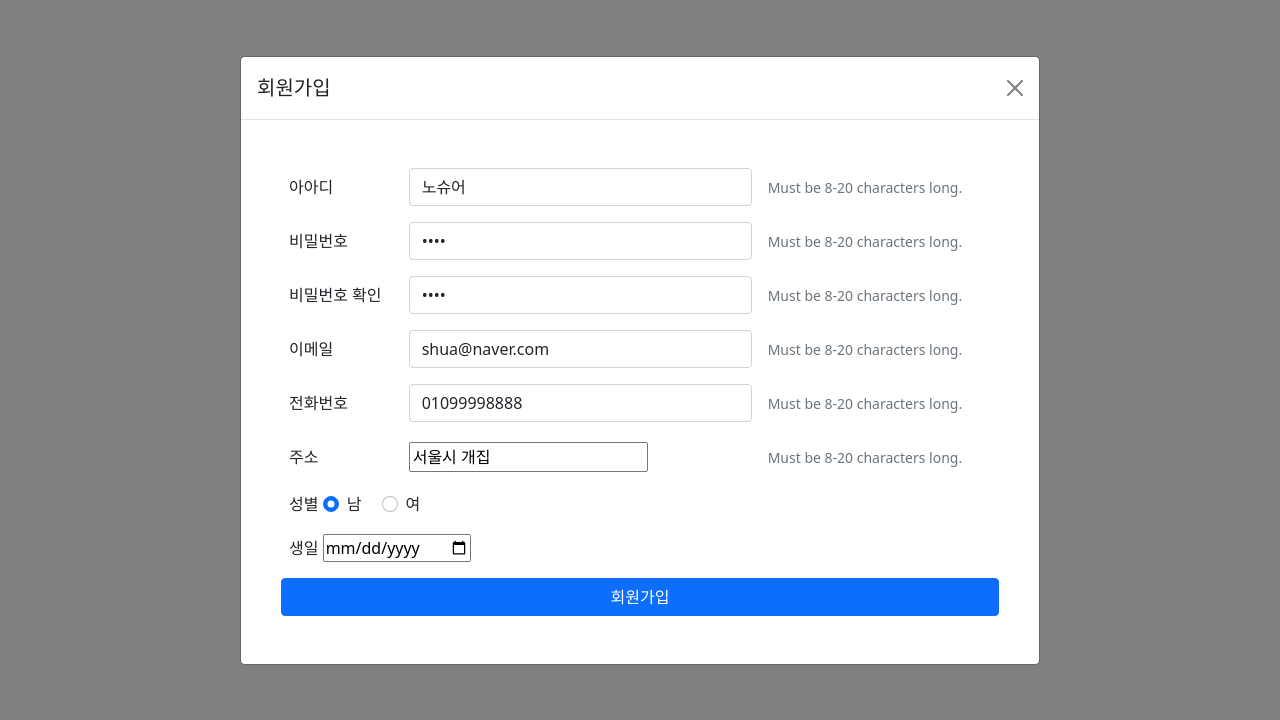
Repository: hyunha95/selfStudy
Page: http://localhost/spring-board/WEB-INF/views/member/enroll.jsp
These files come from the project's save history. The page is drawn as it stood at one moment and after the next save; the edit follows.
The browser window is 1280 px wide. The pictures show the whole page.
The page is served by Tomcat 9. Nobody is signed in. The template is opened directly, without the code that normally fills it, so the values that code supplies are empty.

Above is the page before, as saved 2022-01-15 12:13:12.

After the next save:
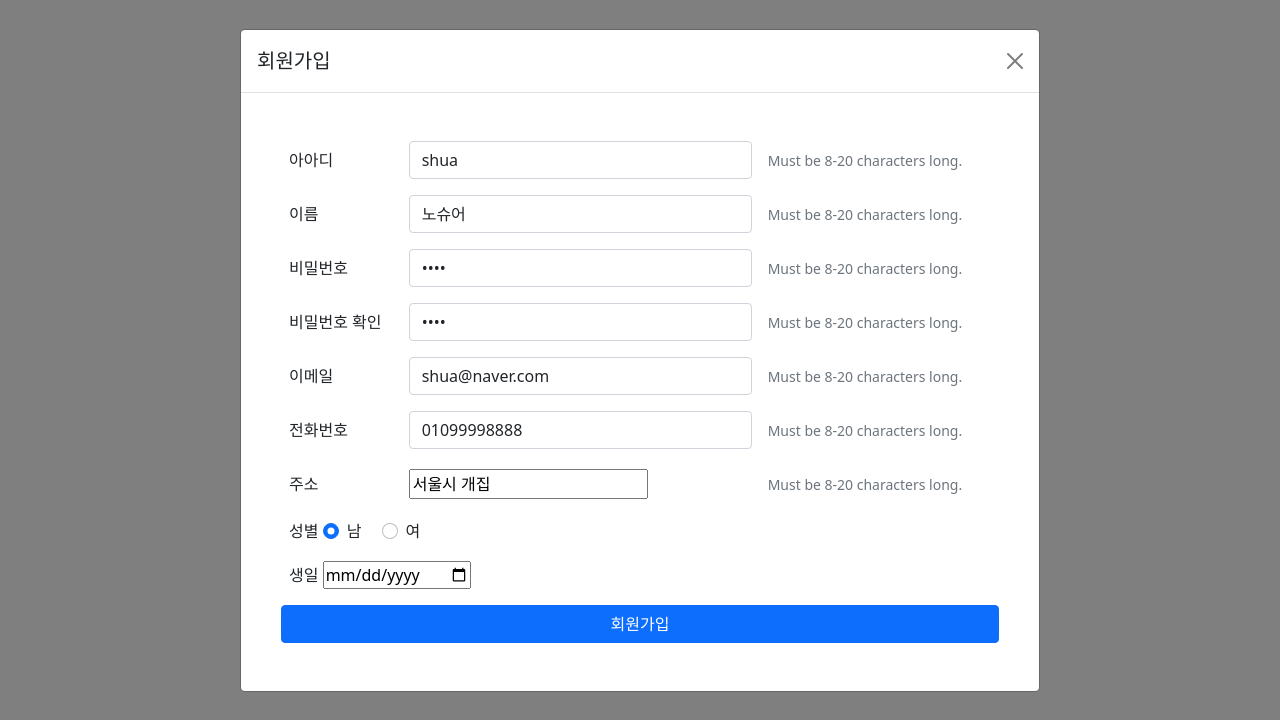
Saved 3 min 13 s later.
--- a/spring_workspace/spring-board/src/main/webapp/WEB-INF/views/member/enroll.jsp
+++ b/spring_workspace/spring-board/src/main/webapp/WEB-INF/views/member/enroll.jsp
@@ -46,10 +46,22 @@ $(() => {
 				    <label for="id" class="col-form-label">아아디</label>
 				  </div>
 				  <div class="col-6">
-				    <input type="text" id="id" name="id" class="form-control" value="노슈어">
+				    <input type="text" id="id" name="id" class="form-control" value="shua">
 				  </div>
 				  <div class="col-4">
 				    <span id="idHelpInline" class="form-text">
+				      Must be 8-20 characters long.
+				    </span>
+				  </div>
+				<!-- 이름 -->
+				<div class="col-2">
+				    <label for="name" class="col-form-label">이름</label>
+				  </div>
+				  <div class="col-6">
+				    <input type="text" id="name" name="name" class="form-control" value="노슈어">
+				  </div>
+				  <div class="col-4">
+				    <span id="nameHelpInline" class="form-text">
 				      Must be 8-20 characters long.
 				    </span>
 				  </div>
